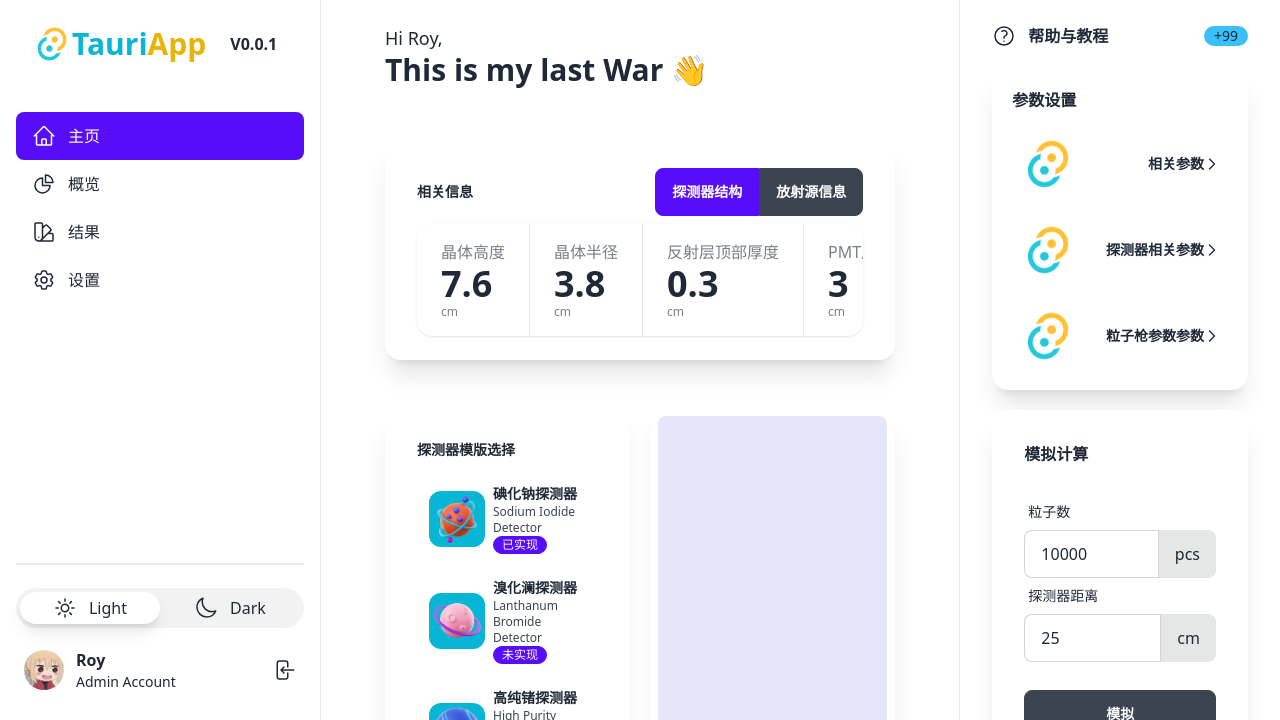
Repository: XMZOVO/tauri-geant4
Page: /
The author's editor kept a copy of each file at every save. The page is drawn from the files as they stood at one save, then again after the next save.
The browser window is 1280 px wide. The pictures show the whole page.
The page's requests for data from a server got no answer. An inner scrolling area shows only its first screen. The project was rebuilt for these pictures with package versions that can differ from the ones it lists, and the page was loaded fresh each time. No one was signed in, and anything a server would have sent is missing. Also part of the build but not shown: vite.config.ts.

Above is the page before, as saved 2022-09-11 20:08:10.

After the next save:
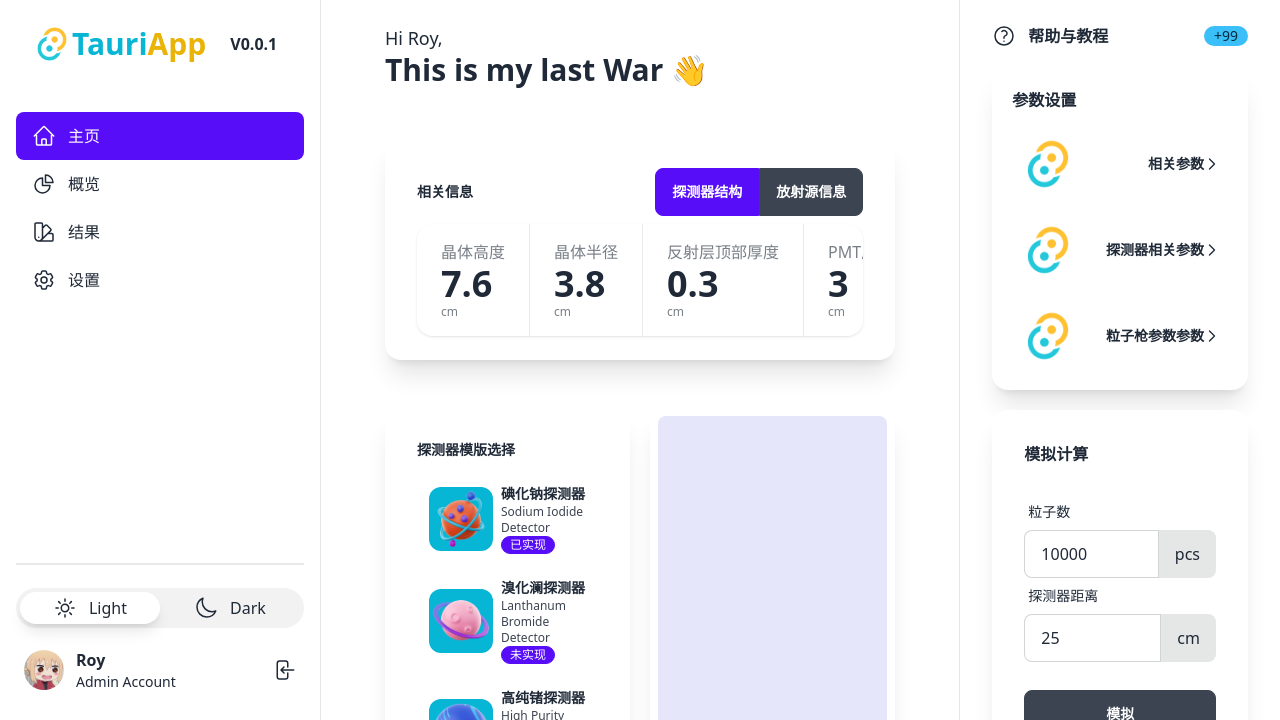
Saved 10 s later.
--- a/src/components/Home.vue
+++ b/src/components/Home.vue
@@ -202,7 +202,7 @@ const exitApp = async () => {
                 <div class="flex items-center gap-2">
                   <img
                     :src="`/src/assets/${item.img}`"
-                    class="h-14 w-14 rounded-xl bg-cyan-500 p-1"
+                    class="h-16 w-16 rounded-xl bg-cyan-500 p-1"
                   />
                   <div class="flex flex-col">
                     <p class="text-sm font-semibold">{{ item.name }}</p>
